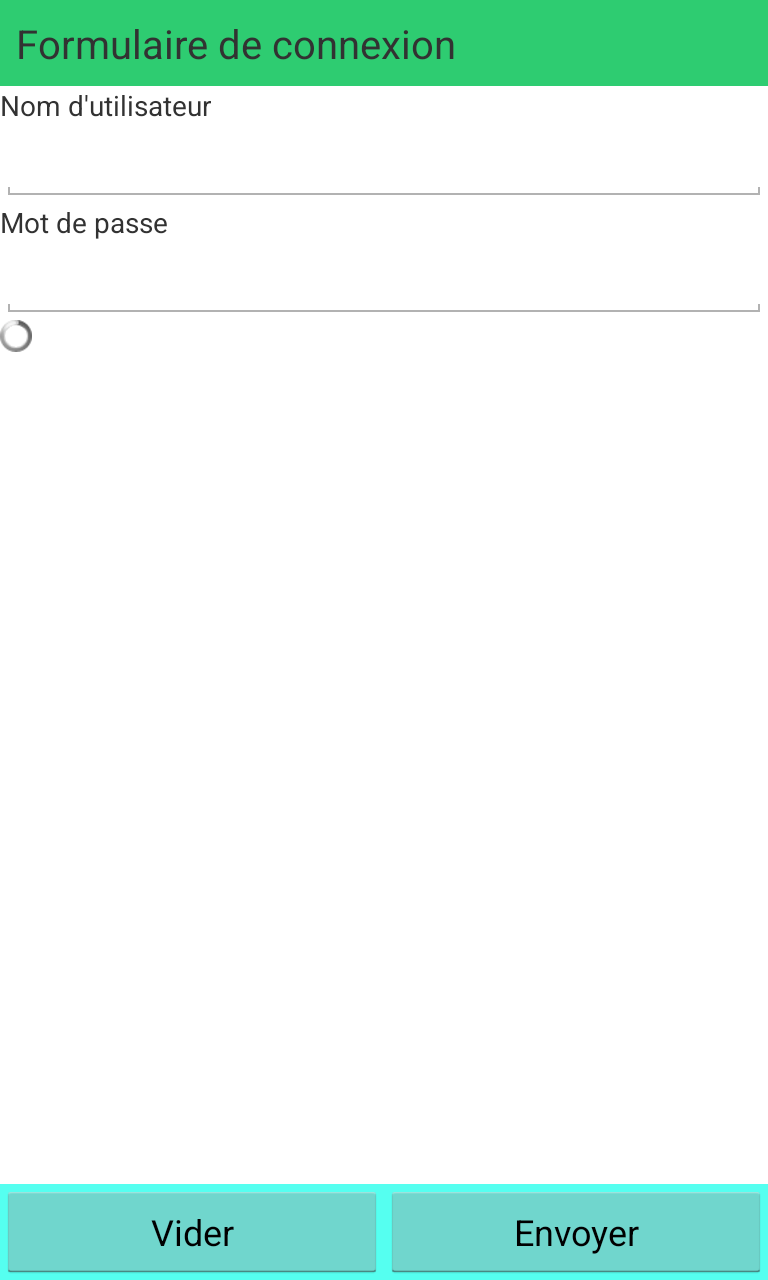
Repository: ablanchard/formation-android
Layout: ParlezVousAndroid/res/layout/activity_main.xml
An editor plug-in stored every save of this project. The layout is shown before and after the next save, followed by the edit.
It is drawn on a 768 x 1280 px phone screen (xhdpi) without system bars, with theme AppTheme; the app's code is not run.

Above is the layout before, as saved 2014-04-29 13:17:21.

After the next save:
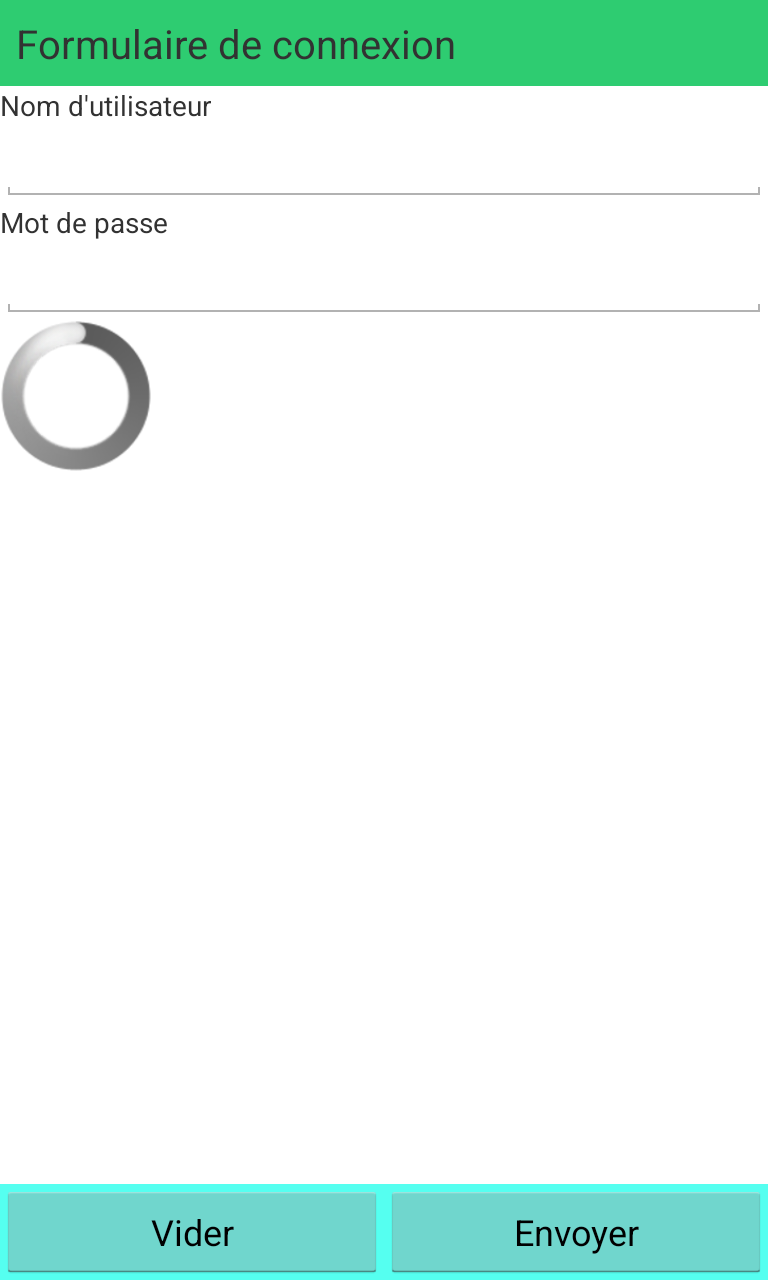
Saved 39 s later.
--- a/ParlezVousAndroid/res/layout/activity_main.xml
+++ b/ParlezVousAndroid/res/layout/activity_main.xml
@@ -66,10 +66,11 @@
               <ProgressBar
          android:layout_width="wrap_content"
          android:layout_height="wrap_content"
-         style="@android:style/Widget.ProgressBar.Small"
+         style="@android:style/Widget.ProgressBar.Large"
          android:layout_marginRight="50dp"
          android:id="@+id/progress_bar"
-         android:visibility="visible"/>
+         android:visibility="visible"
+         />
 
         </LinearLayout>
     </ScrollView>
